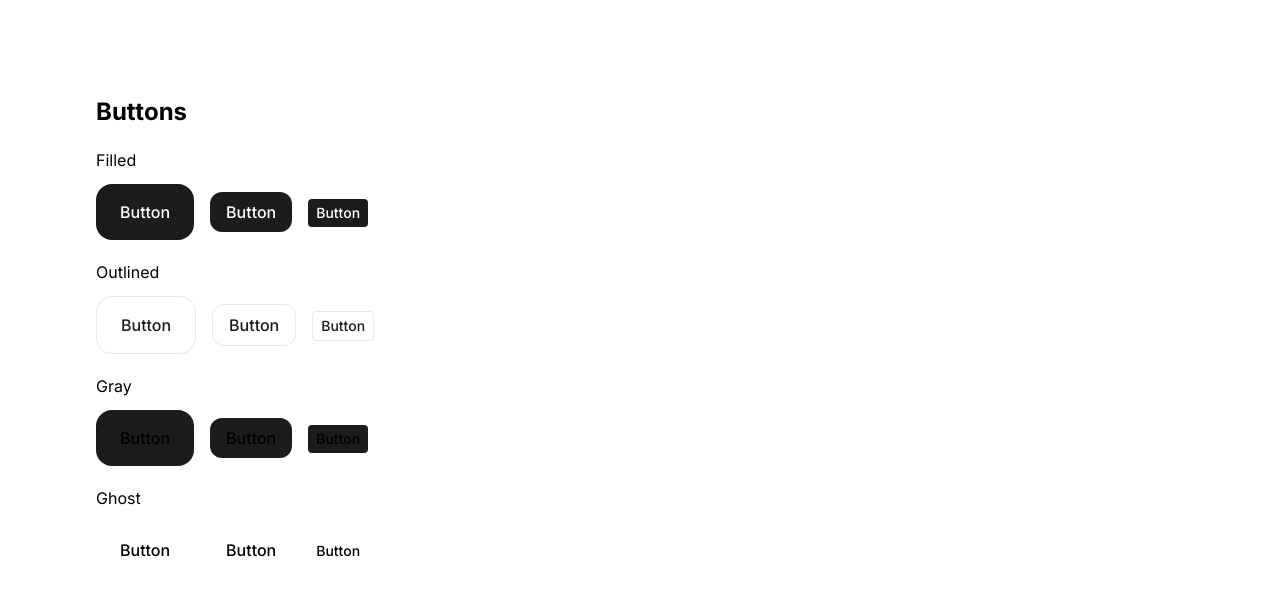
Repository: ggonzaga29/polarized-dashboard
Page: /
The author's editor kept a copy of each file at every save. The page is drawn from the files as they stood at one save, then again after the next save.
The browser window is 1280 px wide. The pictures show the whole page.
The project was rebuilt for these pictures with package versions that can differ from the ones it lists, and the page was loaded fresh each time. The framework's server and built-in components were replaced by stand-ins that run in the browser. Also part of the build but not shown: next.config.js.

Above is the page before, as saved 2023-08-04 00:11:39.

### src/app/layout.jsx
import './globals.css';
import { Inter } from 'next/font/google';
import { ThemeProvider } from '@/context/theme-provider';

const inter = Inter({ subsets: ['latin'] });

export const metadata = {
  title: 'Polarized | Dashboard',
};

export default function RootLayout({ children }) {
  return (
    <html lang="en">
      <body className={inter.className}>
        <ThemeProvider attribute="class" defaultTheme="system" enableSystem>
          {children}
        </ThemeProvider>
      </body>
    </html>
  );
}

### src/app/page.jsx
import Image from 'next/image';
import { Button } from '@/components/ui/button';

export default function Home() {
  return (
    <main className="min-h-screen flex-col items-center justify-between p-24 space-y-5">
			<h1 className='text-2xl font-bold'>Buttons</h1>
      <div>
        <h2>Filled</h2>
        <div className="space-x-4 mt-3">
          <Button variant="filled" size="lg">
            Button
          </Button>
          <Button variant="filled" size="md">
            Button
          </Button>
          <Button variant="filled" size="sm">
            Button
          </Button>
        </div>
      </div>
      <div>
        <h2>Outlined</h2>
        <div className="space-x-4 mt-3">
          <Button variant="outlined" size="lg">
            Button
          </Button>
          <Button variant="outlined" size="md">
            Button
          </Button>
          <Button variant="outlined" size="sm">
            Button
          </Button>
        </div>
      </div>
      <div>
        <h2>Gray</h2>
        <div className="space-x-4 mt-3">
          <Button variant="gray" size="lg">
            Button
          </Button>
          <Button variant="gray" size="md">
            Button
          </Button>
          <Button variant="gray" size="sm">
            Button
          </Button>
        </div>
      </div>
      <div>
        <h2>Ghost</h2>
        <div className="space-x-4 mt-3">
          <Button variant="ghost" size="lg">
            Button
          </Button>
          <Button variant="ghost" size="md">
            Button
          </Button>
          <Button variant="ghost" size="sm">
            Button
          </Button>
        </div>
      </div>
    </main>
  );
}

### src/app/globals.css
@tailwind base;
@tailwind components;
@tailwind utilities;

@layer base {
  :root {
    /* --background: 0 0% 100%;
    --foreground: 240 10% 3.9%;

    --muted: 240 4.8% 95.9%;
    --muted-foreground: 240 3.8% 46.1%;

    --popover: 0 0% 100%;
    --popover-foreground: 240 10% 3.9%;

    --card: 0 0% 100%;
    --card-foreground: 240 10% 3.9%;

    --border: 240 5.9% 90%;
    --input: 240 5.9% 90%;

    --primary: 240 5.9% 10%;
    --primary-foreground: 0 0% 98%;

    --secondary: 240 4.8% 95.9%;
    --secondary-foreground: 240 5.9% 10%;

    --accent: 240 4.8% 95.9%;
    --accent-foreground: 240 5.9% 10%;

    --destructive: 0 84.2% 60.2%;
    --destructive-foreground: 0 0% 98%;

    --ring: 240 5% 64.9%;

    --radius: 0.5rem; */

    /* 1C1C1C */
    --black-100: hsl(0, 0%, 11%);
    --black-80: hsl(0%, 11%, 80%);

    --white-100: hsl(0, 0%, 100%);
    --white-80: hsl(0, 0%, 80%);
    --white-40: hsl(0, 0%, 40%);
    --white-20: hsl(0, 0%, 20%);
    --white-10: hsl(0, 0%, 10%);
    --white-5: hsl(0, 0%, 5%);

    /* F7F9FB */
    --primary-light: hsl(210, 50%, 98%);
    /* E3F5FF */
    --primary-blue: hsl(210, 90%, 95%);
    /* E5ECF6 */
    --primary-purple: hsl(240, 20%, 90%);
    /* 1C1C1C */
    --primary-brand: hsl(0, 0%, 11%);

    /* 95A4FC */
    --secondary-purple-a: hsl(240, 60%, 75%);
    /* A8C5DA */
    --secondary-blue-a: hsl(200, 30%, 75%);
    /* E3F5FF */
    --secondary-blue-b: hsl(210, 90%, 95%);
    /* A1E3CB */
    --secondary-green-a: hsl(160, 70%, 75%);
    /* BAEDBD */
    --secondary-green-b: hsl(100, 40%, 75%);
    /* FFE999 */
    --secondary-yellow: hsl(50, 100%, 75%);
    /* FF4747 */
    --secondary-red: hsl(0, 100, 64);
  }

  .dark {
    /* --background: 240 10% 3.9%;
    --foreground: 0 0% 98%;

    --muted: 240 3.7% 15.9%;
    --muted-foreground: 240 5% 64.9%;

    --popover: 240 10% 3.9%;
    --popover-foreground: 0 0% 98%;

    --card: 240 10% 3.9%;
    --card-foreground: 0 0% 98%;

    --border: 240 3.7% 15.9%;
    --input: 240 3.7% 15.9%;

    --primary: 0 0% 98%;
    --primary-foreground: 240 5.9% 10%;

    --secondary: 240 3.7% 15.9%;
    --secondary-foreground: 0 0% 98%;

    --accent: 240 3.7% 15.9%;
    --accent-foreground: 0 0% 98%;

    --destructive: 0 62.8% 30.6%;
    --destructive-foreground: 0 85.7% 97.3%;

    --ring: 240 3.7% 15.9%; */
  }
}

### src/components/ui/button.jsx
import React from 'react';
import { cva } from 'class-variance-authority';
import { twMerge } from 'tailwind-merge';

const button = cva(
  [
    'inline-flex items-center gap-2 justify-center font-medium transition-colors disabled:pointer-events-none disabled:opacity-50',
  ],
  {
    variants: {
      variant: {
        filled: ['bg-primary-brand', 'text-white', "hover:bg-[#2C2C2C]"],
				outlined: ['border border-black-100/10', 'text-[#1C1C1C]', 'hover:border-black-80'],
				gray: ['bg-black-100', 'text-black', 'hover:bg-black-100/10'],
				ghost: ['text-black'	],
      },

      size: {
        sm: ['px-2', 'py-1', 'rounded', "text-sm"],
        md: ['px-4', 'py-2', 'rounded-xl'],
        lg: ['px-6', 'py-4', 'rounded-2xl'],
      },
    },
  },
);

const Button = ({ variant, size, className, children }) => {
  if (!variant) variant = 'primary';
  if (!size) size = 'md';

  return (
    <button className={twMerge(button({ variant, size }), className)}>
      {children}
    </button>
  );
};

Button.displayName = 'Button';

export { Button };

### tailwind.config.js
/** @type {import('tailwindcss').Config} */
module.exports = {
	darkMode: ["class"],
	content: [
		'./pages/**/*.{js,jsx}',
		'./components/**/*.{js,jsx}',
		'./app/**/*.{js,jsx}',
		'./src/**/*.{js,jsx}',
	],
	theme: {
		// container: {
		//   center: true,
		//   padding: "2rem",
		//   screens: {
		//     "2xl": "1400px",
		//   },
		// },
		extend: {
			colors: {

				// --black-100: hsl(0, 0%, 11%);
				// --black-80: hsl(0%, 11%, 80%);

				// --white-100: hsl(0, 0%, 100%);
				// --white-80: hsl(0, 0%, 80%);
				// --white-40: hsl(0, 0%, 40%);
				// --white-20: hsl(0, 0%, 20%);
				// --white-10: hsl(0, 0%, 10%);
				// --white-5: hsl(0, 0%, 5%);


				black: {
					100: "var(--black-100)",
					80: "var(--black-80)",
				},

				primary: {
					brand: "var(--primary-brand)",
				}


				// border: "hsl(var(--border))",
				// input: "hsl(var(--input))",
				// ring: "hsl(var(--ring))",
				// background: "hsl(var(--background))",
				// foreground: "hsl(var(--foreground))",
				// primary: {
				//   DEFAULT: "hsl(var(--primary))",
				//   foreground: "hsl(var(--primary-foreground))",
				// },
				// secondary: {
				//   DEFAULT: "hsl(var(--secondary))",
				//   foreground: "hsl(var(--secondary-foreground))",
				// },
				// destructive: {
				//   DEFAULT: "hsl(var(--destructive))",
				//   foreground: "hsl(var(--destructive-foreground))",
				// },
				// muted: {
				//   DEFAULT: "hsl(var(--muted))",
				//   foreground: "hsl(var(--muted-foreground))",
				// },
				// accent: {
				//   DEFAULT: "hsl(var(--accent))",
				//   foreground: "hsl(var(--accent-foreground))",
				// },
				// popover: {
				//   DEFAULT: "hsl(var(--popover))",
				//   foreground: "hsl(var(--popover-foreground))",
				// },
				// card: {
				//   DEFAULT: "hsl(var(--card))",
				//   foreground: "hsl(var(--card-foreground))",
				// },
			},
			borderRadius: {
				// lg: "var(--radius)",
				// md: "calc(var(--radius) - 2px)",
				// sm: "calc(var(--radius) - 4px)",
			},
			keyframes: {
				// "accordion-down": {
				//   from: { height: 0 },
				//   to: { height: "var(--radix-accordion-content-height)" },
				// },
				// "accordion-up": {
				//   from: { height: "var(--radix-accordion-content-height)" },
				//   to: { height: 0 },
				// },
			},
			animation: {
				// "accordion-down": "accordion-down 0.2s ease-out",
				// "accordion-up": "accordion-up 0.2s ease-out",
			},
		},
	},
	plugins: [require("tailwindcss-animate")],
}

Loaded but not shown: src/context/theme-provider.jsx (common file)

After the next save:
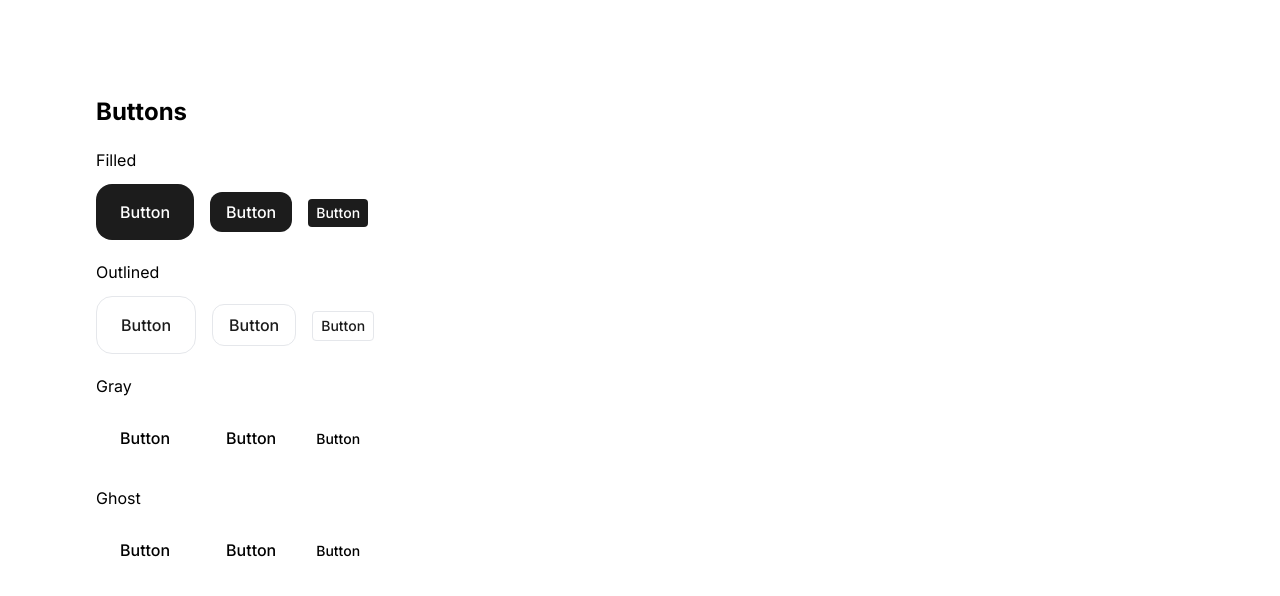
Saved 4 s later.
--- a/src/components/ui/button.jsx
+++ b/src/components/ui/button.jsx
@@ -11,7 +11,7 @@ const button = cva(
       variant: {
         filled: ['bg-primary-brand', 'text-white', "hover:bg-[#2C2C2C]"],
 				outlined: ['border border-black-100/10', 'text-[#1C1C1C]', 'hover:border-black-80'],
-				gray: ['bg-black-100', 'text-black', 'hover:bg-black-100/10'],
+				gray: ['bg-black-100/10', 'text-black', 'hover:bg-black-100/10'],
 				ghost: ['text-black'	],
       },
 
